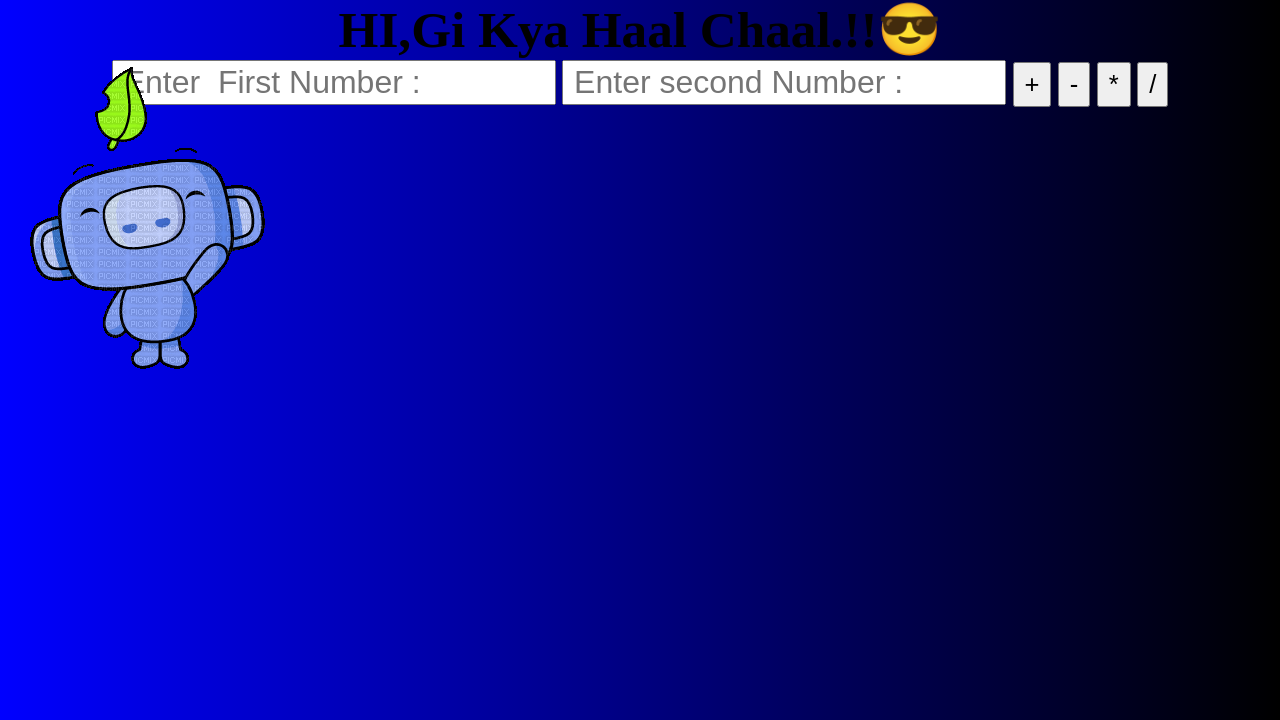
Repository: Deepak-Mane1902/simple-Calculator-using-JSP-Servlet
Page: http://localhost/webProject/
An editor plug-in stored every save of this project. The page is shown before and after the next save, followed by the edit.
The browser window is 1280 px wide. The pictures show the whole page.
The page is served by Tomcat 9. Other server files are loaded and not shown.

Above is the page before, as saved 2024-12-15 06:50:09.

### webProject/src/main/webapp/index.html
<!DOCTYPE html>
<html>
<head>
<meta charset="UTF-8">
<title>Insert title here</title>
<link rel="stylesheet" href="style.css" >
</head>
<body>
<main>
<img src="images/gip.gif" />
<h1>HI,Gi Kya Haal Chaal.!!😎</h1>
<form>
<input name="firstNum" type="number" placeholder="Enter  First Number : " required/>
<input name="secondNum"  placeholder="Enter second Number : " required/>
<button>+</button>
<button>-</button>
<button>*</button>
<button>/</button>

</form>
</main>
</body>
</html>

### webProject/src/main/webapp/style.css
*{
	margin:0;
	padding:0;
	font-size:2vw;
}
html,body{
	width:100%;
	height:100%;
		background:linear-gradient(to right, blue,black);
}
main{
	display:grid;
	justify-content:center;
	align-items:center;
	text-align:center;
	position:relative;

}
img{
	position:absolute;
	top:50%;
	width:25%;
}
h1{
	font-size:4vw;
}
input{
	font-size:2.5vw;
	padding:2px 10px;
}
button{
	text-align:center;
	padding: 6px 10px;
}

After the next save:
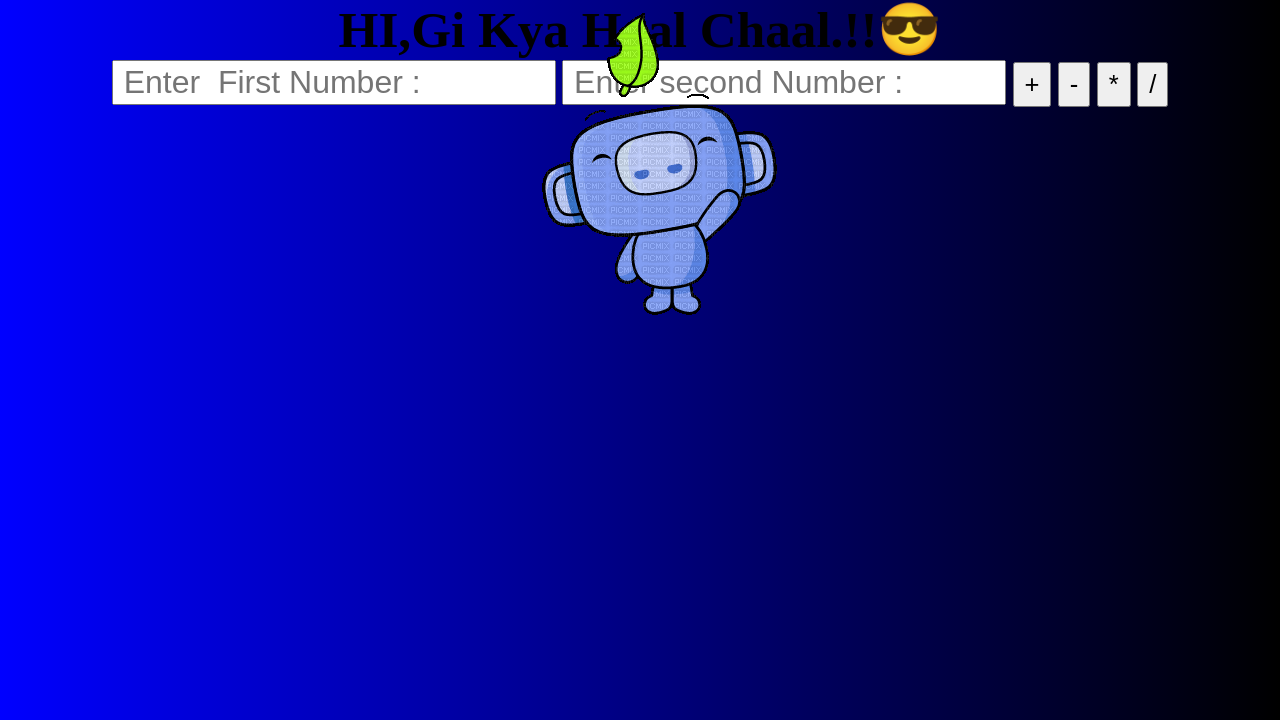
Saved 24 s later.
--- a/webProject/src/main/webapp/style.css
+++ b/webProject/src/main/webapp/style.css
@@ -18,7 +18,8 @@
 }
 img{
 	position:absolute;
-	top:50%;
+	top:0;
+	left:40%;
 	width:25%;
 }
 h1{
